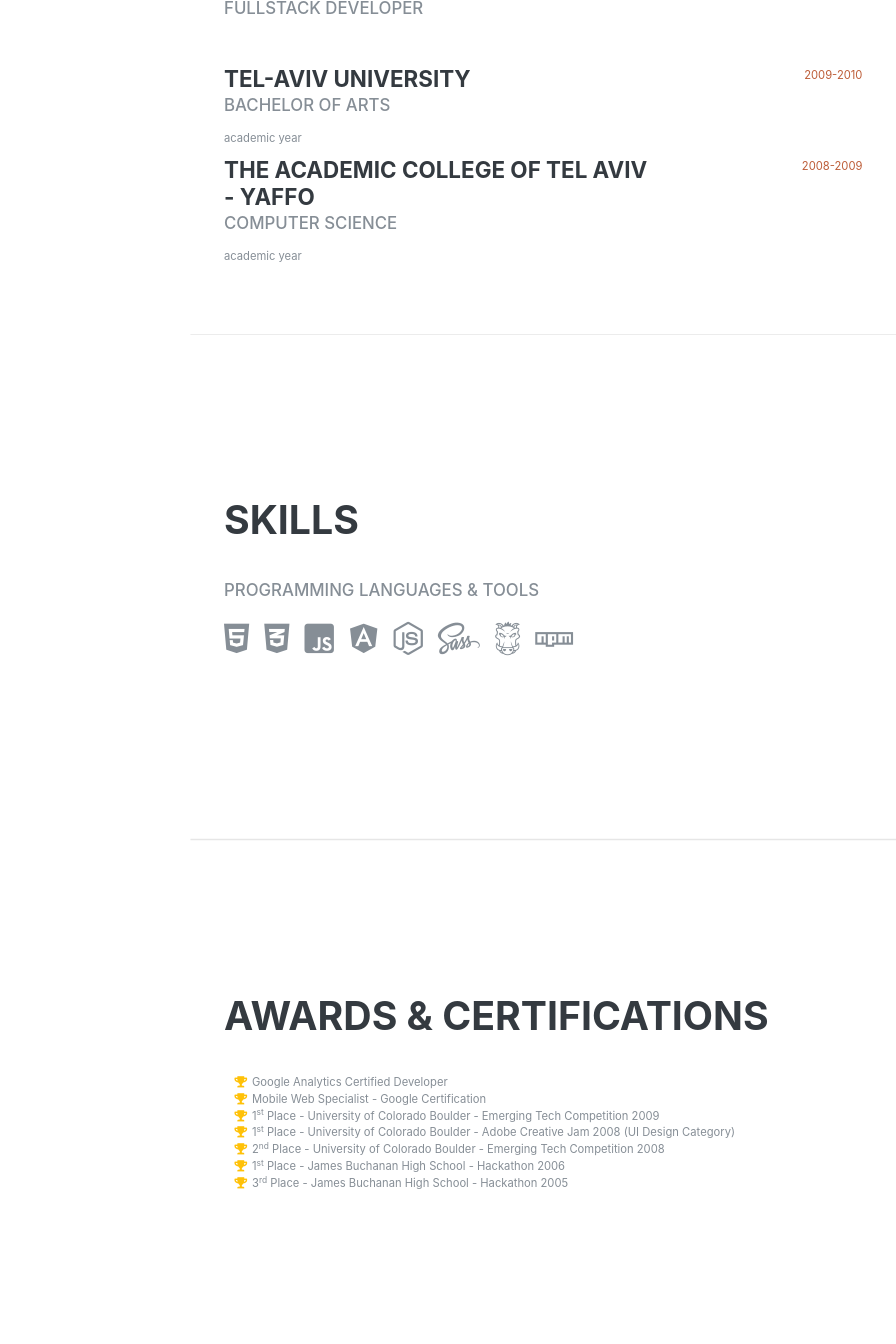
Repository: AlonGur/resume
Page: index.html
These files come from the project's save history. The page is drawn as it stood at one moment and after the next save; the edit follows.
The browser window is 1280 px wide. The pictures show the part of the page from y = 1806 to 3726 px (the page is 3726 px tall), at 70% of full size.
Some web fonts or font styles are not loaded; a fallback is used.

Above is the page before, as saved 2019-06-07 16:15:02.

After the next save:
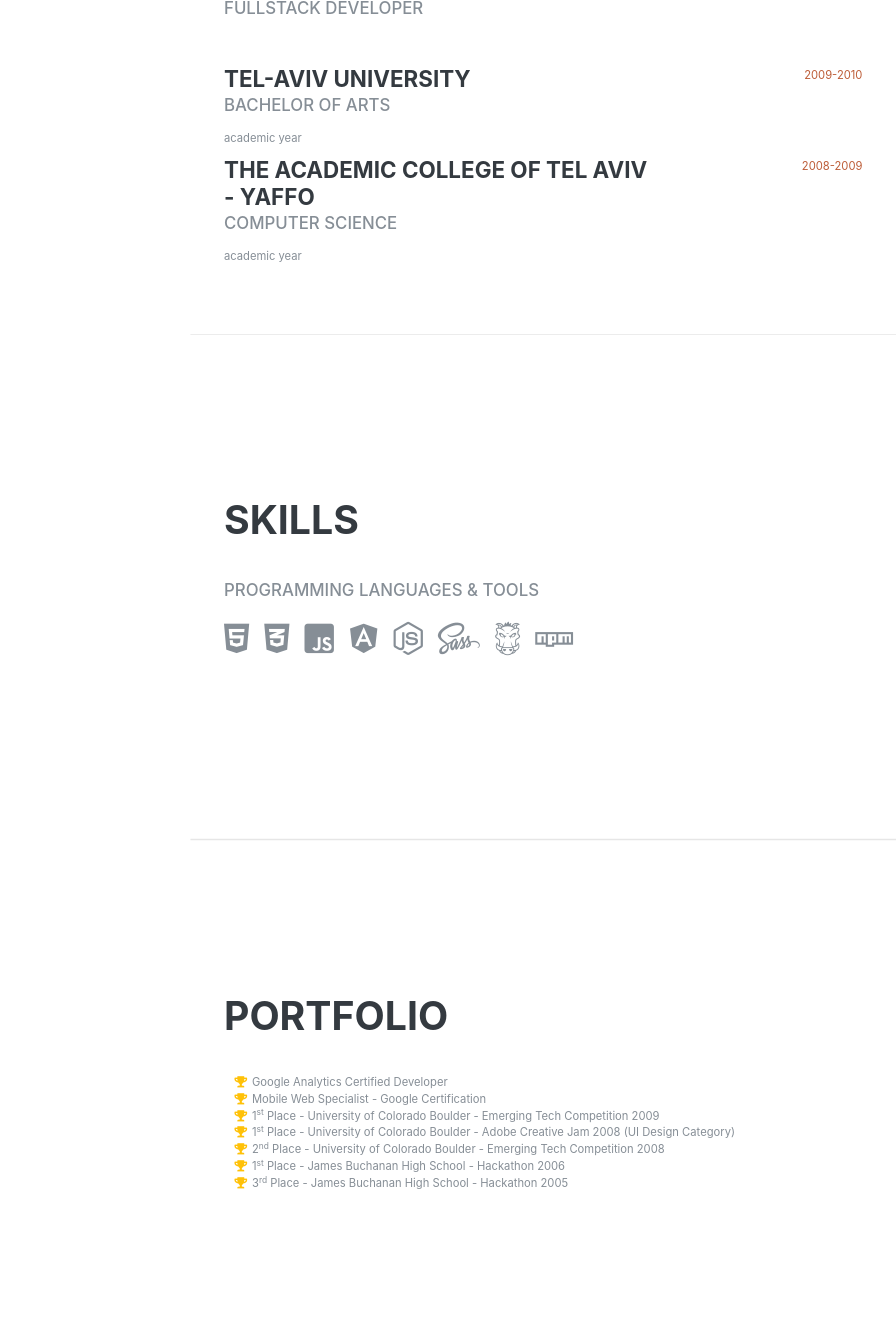
Saved 14 s later.
--- a/index.html
+++ b/index.html
@@ -221,7 +221,7 @@
 
     <section class="resume-section p-3 p-lg-5 d-flex align-items-center" id="awards">
       <div class="w-100">
-        <h2 class="mb-5">Awards &amp; Certifications</h2>
+        <h2 class="mb-5">Portfolio</h2>
         <ul class="fa-ul mb-0">
           <li>
             <i class="fa-li fa fa-trophy text-warning"></i>
